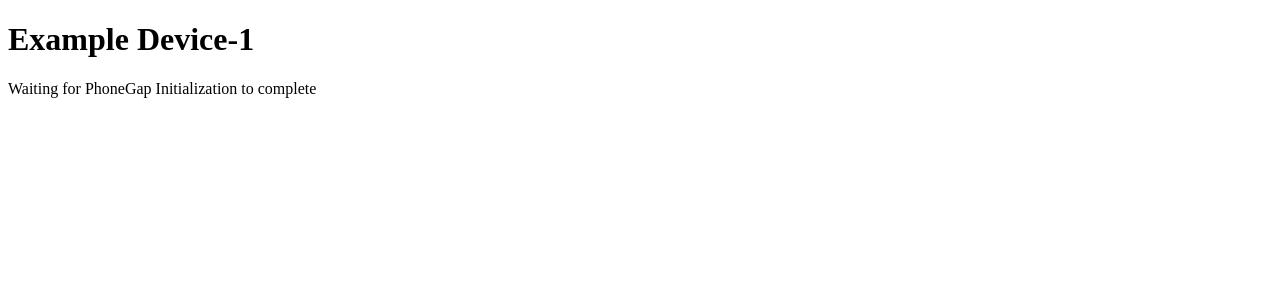
Repository: HILOLT/phonegap-demo
Page: Android/workspace/Device/assets/www/index.html
An editor plug-in stored every save of this project. The page is shown before and after the next save, followed by the edit.
The browser window is 1280 px wide. The pictures show the whole page.

Above is the page before, as saved 2012-08-26 12:23:49.

### Android/workspace/Device/assets/www/index.html
<!DOCTYPE html>
<html>
  <head>
	<title>Example Device-1</title>
    <meta http-equiv="Content-type" content="text/html; charset=utf-8">
    <meta name="viewport" id="viewport" content="width=device-width, height=device-height, initial-scale=1.0, maximum-scale=1.0, user-scalable=no;" />
    <script type="text/javascript" charset="utf-8" src="cordova-2.0.0.js"></script>
    <script type="text/javascript" charset="utf-8">

	var br = "<br />";

	function onBodyLoad() {
		document.addEventListener("deviceready", onDeviceReady, false);
	}

	function onDeviceReady() {
		//Get the appInfo DOM element
		var element = document.getElementById("deviceInfo");
		//replace it with specific information about the device running the application
        element.innerHTML = "<b>device.name: " + device.name + br +
		"<b>device.phonegap:</b> " + device.phonegap + br +
		"<b>device.platform:</b> " + device.platform + br +
		"<b>device.uuid:</b> " + device.uuid + br +
		"<b>device.version:</b> " + device.version + br;
	}

    </script>
  </head>
  <body onload="onBodyLoad()">
    <h1>Example Device-1</h1>
    <p id="deviceInfo">Waiting for PhoneGap Initialization to complete</p>
  </body>
</html>

Loaded but not shown: Android/workspace/Device/assets/www/cordova-2.0.0.js (no copy from this time; the picture is the same without it)

After the next save:
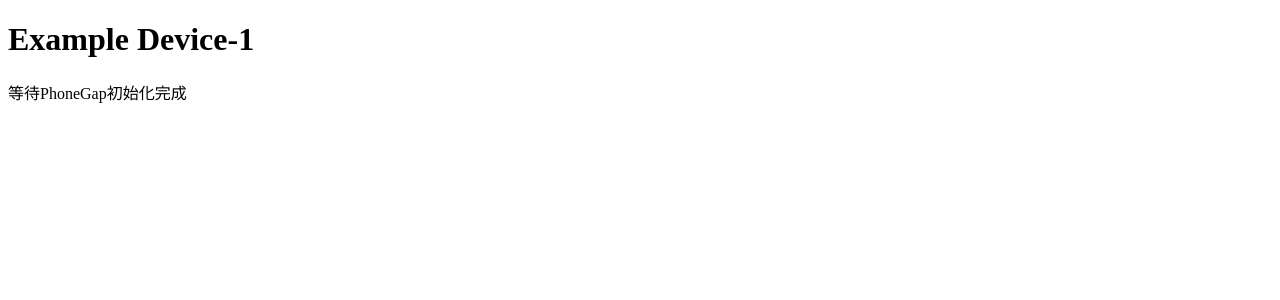
Saved 99 min 39 s later.
--- a/Android/workspace/Device/assets/www/index.html
+++ b/Android/workspace/Device/assets/www/index.html
@@ -28,6 +28,6 @@
   </head>
   <body onload="onBodyLoad()">
     <h1>Example Device-1</h1>
-    <p id="deviceInfo">Waiting for PhoneGap Initialization to complete</p>
+    <p id="deviceInfo">等待PhoneGap初始化完成</p>
   </body>
 </html>
